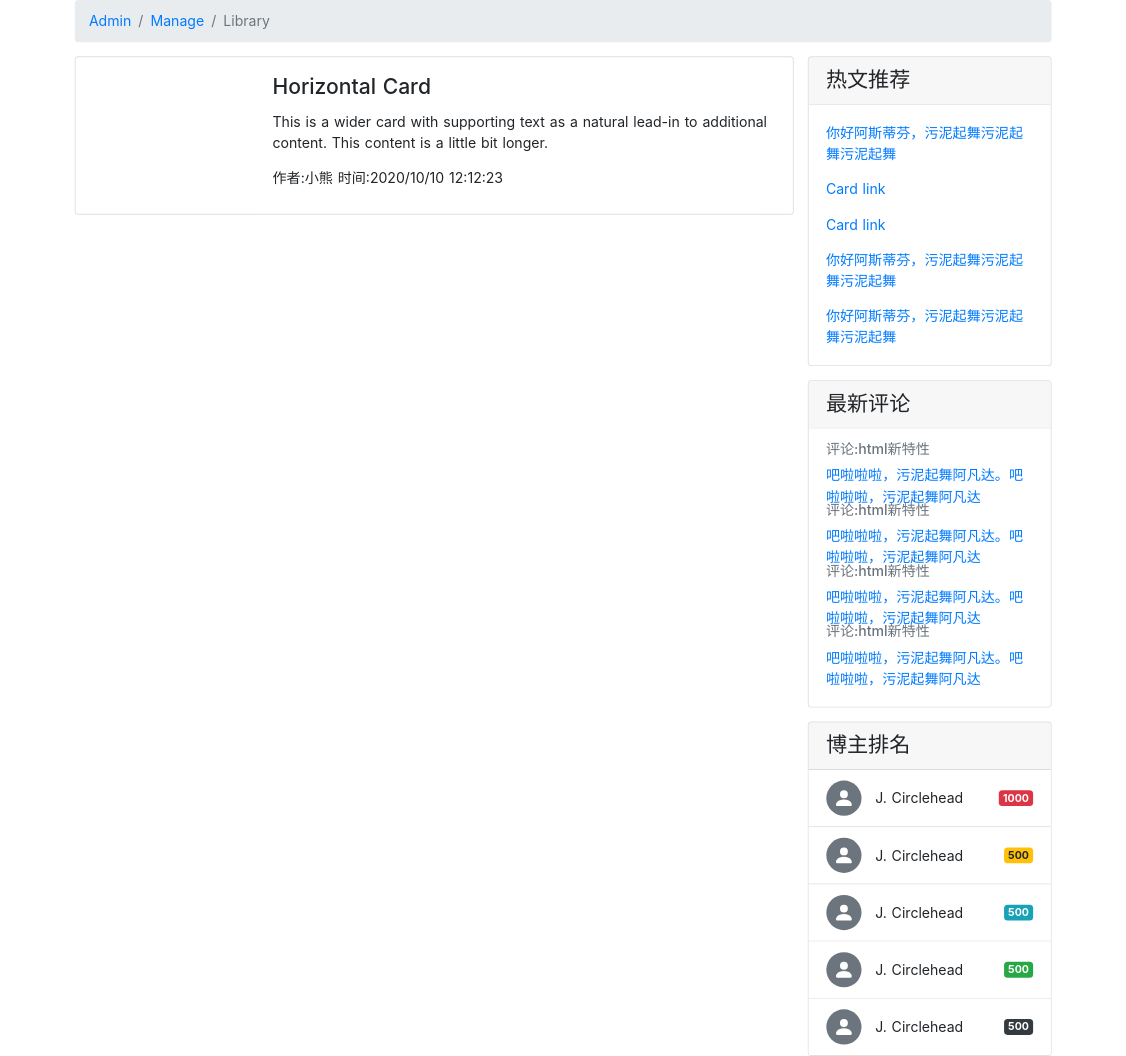
Repository: MTTTM/nuxt-xiaomatata
Page: /
These files come from the project's save history. The page is drawn as it stood at one moment and after the next save; the edit follows.
The browser window is 1280 px wide. The pictures show the part of the page from y = 600 to 1800 px (the page is 1800 px tall), at 88% of full size.
The project was rebuilt for these pictures with package versions that can differ from the ones it lists, and the page was loaded fresh each time. The framework's server and built-in components were replaced by stand-ins that run in the browser. Also part of the build but not shown: nuxt.config.js, components/Logo.vue, components/aboutMe.vue, components/articleListItem.vue, components/bloggerRanking.vue, components/carouselBox.vue, components/classifyList.vue, components/commentBox.vue and 7 more. Imported but missing from the stored project, and not drawn on this page: components/cmSpinner, mixins/scrollLoad.

Above is the page before, as saved 2021-04-10 12:51:40.

### assets/style/comm.scss
body{
  .container{
    min-height: auto;
    justify-content: start;
    text-align: left;
  }
  .card-list-item{
    height: 180px;
    cursor: pointer;
    &:hover{
      background-color: rgba(0, 0, 0, 0.03);
      img{
        opacity: .8;
      }
    }
    &+  .card-list-item{
      margin-top:1rem;
    }
    .cart-list-item-img{
      width: 200px;
      height: 100%;
      object-fit: cover;
      object-position: center top;
    }
  }
}

### components/breadCrumb.vue
<template>
  <b-breadcrumb :items="items"></b-breadcrumb>
</template>

<script>
export default {
  data() {
    return {
      items: [
        {
          text: "Admin",
          href: "#",
        },
        {
          text: "Manage",
          href: "#",
        },
        {
          text: "Library",
          active: true,
        },
      ],
    };
  },
};
</script>

### components/navBar.vue
<template>
  <div class="nav-bar">
    <b-navbar toggleable="lg" type="dark" variant="info" fixed="top">
      <b-navbar-brand href="#"> 塔塔 </b-navbar-brand>

      <b-navbar-toggle target="nav-collapse" />

      <b-collapse id="nav-collapse" is-nav>
        <b-navbar-nav>
          <b-nav-item href="#"> Link </b-nav-item>
          <b-nav-item href="#" disabled> Disabled </b-nav-item>
          <b-nav-item-dropdown text="Lang" right>
            <b-dropdown-item href="#"> EN </b-dropdown-item>
            <b-dropdown-item href="#"> ES </b-dropdown-item>
            <b-dropdown-item href="#"> RU </b-dropdown-item>
            <b-dropdown-item href="#"> FA </b-dropdown-item>
          </b-nav-item-dropdown>
        </b-navbar-nav>

        <!-- Right aligned nav items -->
        <b-navbar-nav class="ml-auto">
          <b-nav-form>
            <b-form-input size="sm" class="mr-sm-2" placeholder="Search" />

            <b-button size="sm" class="my-2 my-sm-0" type="submit">
              Search
            </b-button>
          </b-nav-form>

          <b-nav-item-dropdown right>
            <!-- Using 'button-content' slot -->
            <template #button-content>
              <b-avatar
                variant="info"
                src="https://placekitten.com/300/300"
              ></b-avatar>
              <em>User</em>
            </template>

            <b-dropdown-item href="#"> Profile </b-dropdown-item>
            <b-dropdown-item href="#"> Sign Out </b-dropdown-item>
          </b-nav-item-dropdown>
        </b-navbar-nav>
      </b-collapse>
    </b-navbar>
  </div>
</template>
<script>
export default {};
</script>
<style lang="scss">
* {
  margin: 0;
  padding: 0;
}
</style>

### layouts/default.vue
<template>
  <div>
    <navBar />
    <Nuxt />
  </div>
</template>
<script>
import navBar from "../components/navBar";
export default {
  components: { navBar }
};
</script>
<style>
html {
  font-size: 16px;
  word-spacing: 1px;
  -ms-text-size-adjust: 100%;
  -webkit-text-size-adjust: 100%;
  -moz-osx-font-smoothing: grayscale;
  -webkit-font-smoothing: antialiased;
  box-sizing: border-box;
}
</style>

### pages/index.vue
<template>
  <div>
    <b-carousel
      id="carousel-1"
      v-model="slide"
      :interval="4000"
      controls
      indicators
      background="#ababab"
      img-width="1024"
      img-height="480"
      style="text-shadow: 1px 1px 2px #333"
      @sliding-start="onSlideStart"
      @sliding-end="onSlideEnd"
    >
      <!-- Text slides with image -->
      <b-carousel-slide
        caption="First slide"
        text="Nulla vitae elit libero, a pharetra augue mollis interdum."
        img-src="https://picsum.photos/1024/480/?image=52"
      ></b-carousel-slide>

      <!-- Slides with custom text -->
      <b-carousel-slide img-src="https://picsum.photos/1024/480/?image=54">
        <h1>Hello world!</h1>
      </b-carousel-slide>

      <!-- Slides with image only -->
      <b-carousel-slide
        img-src="https://picsum.photos/1024/480/?image=58"
      ></b-carousel-slide>

      <!-- Slides with img slot -->
      <!-- Note the classes .d-block and .img-fluid to prevent browser default image alignment -->
      <b-carousel-slide>
        <template #img>
          <img
            class="d-block img-fluid w-100"
            width="1024"
            height="480"
            src="https://picsum.photos/1024/480/?image=55"
            alt="image slot"
          />
        </template>
      </b-carousel-slide>

      <!-- Slide with blank fluid image to maintain slide aspect ratio -->
      <b-carousel-slide caption="Blank Image" img-blank img-alt="Blank image">
        <p>
          Lorem ipsum dolor sit amet, consectetur adipiscing elit. Suspendisse
          eros felis, tincidunt a tincidunt eget, convallis vel est. Ut
          pellentesque ut lacus vel interdum.
        </p>
      </b-carousel-slide>
    </b-carousel>

    <b-container>
      <breadCrumb class="w-100" />
    </b-container>
    <b-container>
      <b-row class="w-100" no-gutters>
        <b-col cols="9" md="9" sm="12" class="pr-3">
          <b-card no-body class="overflow-hidden card-list-item">
            <b-row no-gutters>
              <b-col md="3">
                <!-- <b-card-img
                  src="https://picsum.photos/400/400/?image=20"
                  alt="Image"
                  class="rounded-0 cart-list-item-img"
                ></b-card-img> -->
              </b-col>
              <b-col md="9">
                <b-card-body title="Horizontal Card">
                  <b-card-text>
                    This is a wider card with supporting text as a natural
                    lead-in to additional content. This content is a little bit
                    longer.
                  </b-card-text>
                  <b-card-text>作者:小熊 时间:2020/10/10 12:12:23</b-card-text>
                </b-card-body>
              </b-col>
            </b-row>
          </b-card>
        </b-col>
        <b-col cols="3" md="3" sm="12">
          <b-card no-body>
            <template #header>
              <h4 class="mb-0">热文推荐</h4>
            </template>

            <b-card-body>
              <b-card-text>
                <a href="#" class="card-link"
                  >你好阿斯蒂芬，污泥起舞污泥起舞污泥起舞</a
                >
              </b-card-text>
              <b-card-text>
                <a href="#" class="card-link">Card link</a>
              </b-card-text>
              <b-card-text>
                <a href="#" class="card-link">Card link</a>
              </b-card-text>
              <b-card-text>
                <a href="#" class="card-link"
                  >你好阿斯蒂芬，污泥起舞污泥起舞污泥起舞</a
                >
              </b-card-text>
              <b-card-text>
                <a href="#" class="card-link"
                  >你好阿斯蒂芬，污泥起舞污泥起舞污泥起舞</a
                >
              </b-card-text>
            </b-card-body>
          </b-card>

          <b-card no-body style="margin-top: 1rem">
            <template #header>
              <h4 class="mb-0">最新评论</h4>
            </template>

            <b-card-body>
              <a href="#">
                <b-card-sub-title class="mb-2"
                  >评论:html新特性</b-card-sub-title
                >
                <b-card-text>
                  吧啦啦啦，污泥起舞阿凡达。吧啦啦啦，污泥起舞阿凡达
                </b-card-text>
              </a>
              <a href="#">
                <b-card-sub-title class="mb-2"
                  >评论:html新特性</b-card-sub-title
                >
                <b-card-text>
                  吧啦啦啦，污泥起舞阿凡达。吧啦啦啦，污泥起舞阿凡达
                </b-card-text>
              </a>
              <a href="#">
                <b-card-sub-title class="mb-2"
                  >评论:html新特性</b-card-sub-title
                >
                <b-card-text>
                  吧啦啦啦，污泥起舞阿凡达。吧啦啦啦，污泥起舞阿凡达
                </b-card-text>
              </a>
              <a href="#">
                <b-card-sub-title class="mb-2"
                  >评论:html新特性</b-card-sub-title
                >
                <b-card-text>
                  吧啦啦啦，污泥起舞阿凡达。吧啦啦啦，污泥起舞阿凡达
                </b-card-text>
              </a>
            </b-card-body>
          </b-card>
          <b-card no-body style="margin-top: 1rem">
            <template #header>
              <h4 class="mb-0">博主排名</h4>
            </template>
            <b-list-group flush>
              <b-list-group-item class="d-flex align-items-center">
                <b-avatar class="mr-3"></b-avatar>
                <span class="mr-auto">J. Circlehead</span>
                <b-badge variant="danger">1000</b-badge>
              </b-list-group-item>
              <b-list-group-item class="d-flex align-items-center">
                <b-avatar class="mr-3"></b-avatar>
                <span class="mr-auto">J. Circlehead</span>
                <b-badge variant="warning">500</b-badge>
              </b-list-group-item>
              <b-list-group-item class="d-flex align-items-center">
                <b-avatar class="mr-3"></b-avatar>
                <span class="mr-auto">J. Circlehead</span>
                <b-badge variant="info">500</b-badge>
              </b-list-group-item>
              <b-list-group-item class="d-flex align-items-center">
                <b-avatar class="mr-3"></b-avatar>
                <span class="mr-auto">J. Circlehead</span>
                <b-badge variant="success">500</b-badge>
              </b-list-group-item>
              <b-list-group-item class="d-flex align-items-center">
                <b-avatar class="mr-3"></b-avatar>
                <span class="mr-auto">J. Circlehead</span>
                <b-badge variant="dark">500</b-badge>
              </b-list-group-item>
            </b-list-group>
          </b-card>
        </b-col>
      </b-row>
    </b-container>
  </div>
</template>
<script>
import breadCrumb from "../components/breadCrumb";
export default {
  components: { breadCrumb },
};
</script>
<style>
.container {
  margin: 0 auto;
  min-height: 100vh;
  display: flex;
  justify-content: center;
  align-items: center;
  text-align: center;
}

.title {
  display: block;
  font-weight: 300;
  font-size: 100px;
  color: #35495e;
  letter-spacing: 1px;
}

.subtitle {
  font-weight: 300;
  font-size: 42px;
  color: #526488;
  word-spacing: 5px;
  padding-bottom: 15px;
}

.links {
  padding-top: 15px;
}
</style>

Loaded but not shown: store/system.js (no copy from this time; the picture is the same without it)

After the next save:
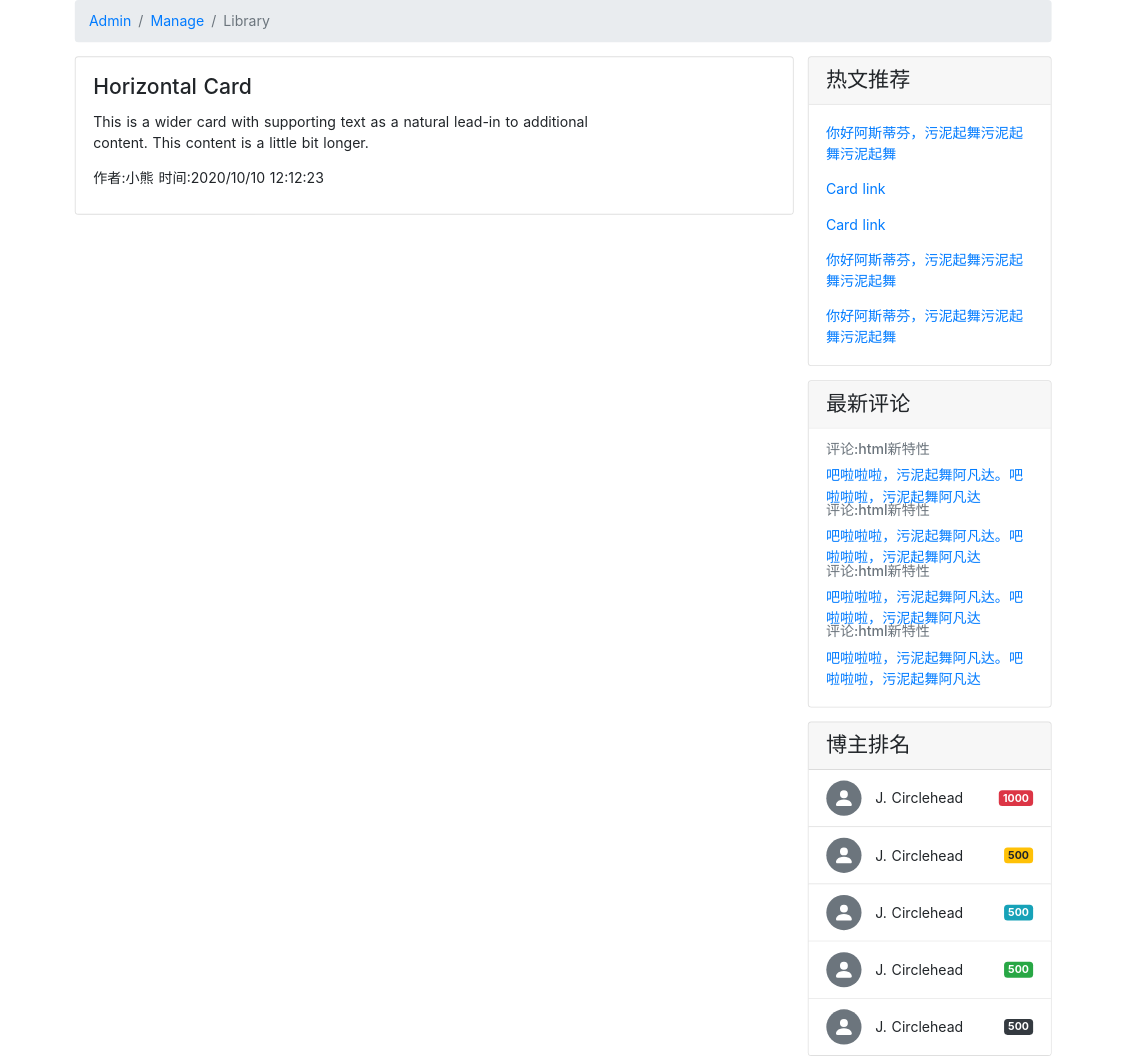
Saved 7 s later.
--- a/pages/index.vue
+++ b/pages/index.vue
@@ -62,13 +62,13 @@
         <b-col cols="9" md="9" sm="12" class="pr-3">
           <b-card no-body class="overflow-hidden card-list-item">
             <b-row no-gutters>
-              <b-col md="3">
-                <!-- <b-card-img
+              <!-- <b-col md="3">
+                <b-card-img
                   src="https://picsum.photos/400/400/?image=20"
                   alt="Image"
                   class="rounded-0 cart-list-item-img"
-                ></b-card-img> -->
-              </b-col>
+                ></b-card-img>
+              </b-col> -->
               <b-col md="9">
                 <b-card-body title="Horizontal Card">
                   <b-card-text>
